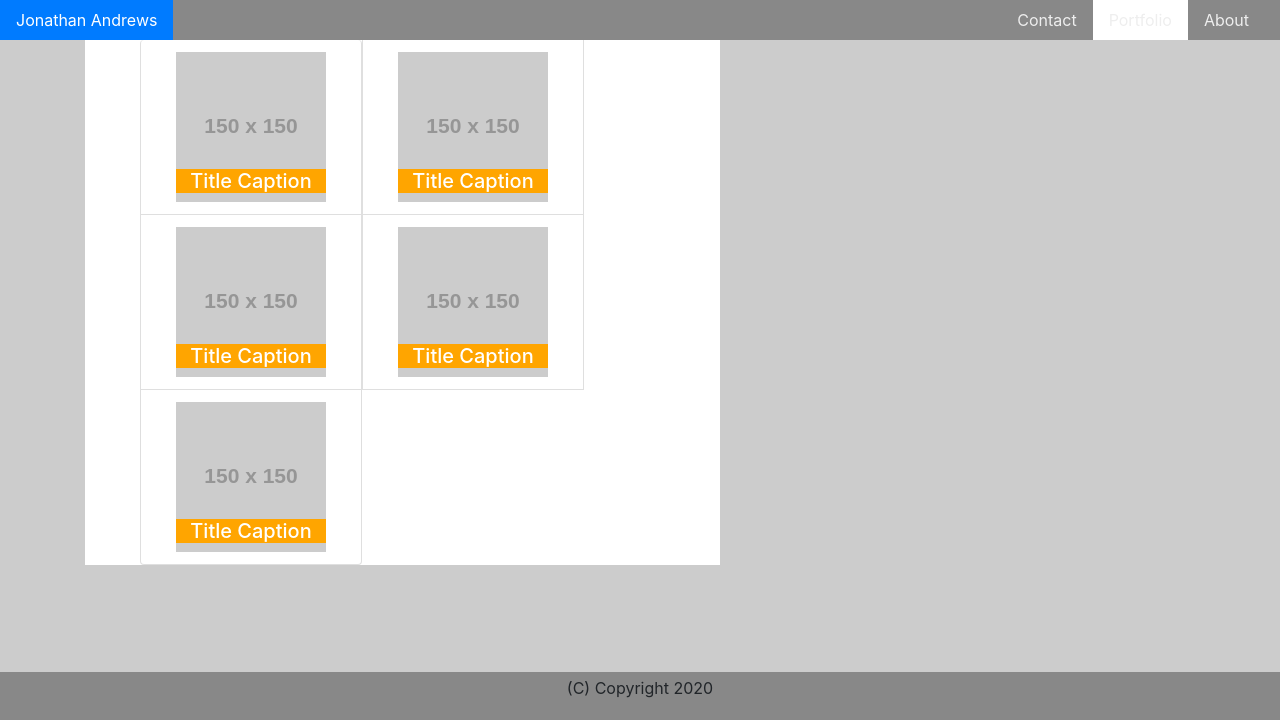
Repository: ionathas78/ionathas78.github.io
Page: portfolio.html
These files come from the project's save history. The page is drawn as it stood at one moment and after the next save; the edit follows.
The browser window is 1280 px wide. The pictures show the whole page.

Above is the page before, as saved 2020-03-17 19:03:07.

### portfolio.html
<!DOCTYPE html>
<html lang="en">
<head>
    <meta charset="UTF-8">
    <meta name="viewport" content="width=device-width, initial-scale=1.0">
    <title>Jonathan Andrews</title>

    <link rel="stylesheet" href="https://stackpath.bootstrapcdn.com/bootstrap/4.4.1/css/bootstrap.min.css" integrity="sha384-Vkoo8x4CGsO3+Hhxv8T/Q5PaXtkKtu6ug5TOeNV6gBiFeWPGFN9MuhOf23Q9Ifjh" crossorigin="anonymous">
    <style type="text/CSS">.list-group-item, li:first-child {border-top: 0;}</style>
</head>
<body style="background-color: #ccc">
    <header>
        <ul class="nav col-sm-12 col-med-3 col-lg-3 float-left" style="background-color: #888;">
            <li class="nav-item bg-primary">
              <a class="nav-link active" href="#" style="color: white;">Jonathan Andrews</a>
            </li>
        </ul>
        <ul class="nav col-sm-12 col-med-9 col-lg-9 float-left" style="background-color: #888; flex-direction: row-reverse;">
            <li class="nav-item">
              <a class="nav-link" href="index.html" style="color: #eee;">About</a>
            </li>
            <li class="nav-item">
              <a class="nav-link active" href="portfolio.html" style="background-color: #fff; color: #eee;">Portfolio</a>
            </li>
            <li class="nav-item">
                <a class="nav-link" href="contact.html" style="color: #eee;">Contact</a>
            </li>
        </ul>
    </header>

    <div class="container">
        <div class="row" style="clear:both;">
            <div class="col-sm-9 col-md-8 col-lg-7">
                <div class="container clearfix" style="background-color: white;">
                    <!-- <ul class="list-group list-group-horizontal float-left"> -->
                    <ul style="align-content: center;">
                        <li class="list-group-item float-left">
                            <div class="container">
                                <a style="position: relative;" href="" target="_blank"><img src="https://via.placeholder.com/150" alt="Placeholder Item Image"/></a>
                                <h5 style="position: absolute; background-color: orange; color: white; bottom: 1vw; width: 150px; text-align: center;">Title Caption</h5>
                            </div>
                        </li>
                        <li class="list-group-item float-left">
                            <div class="container">
                                <a style="position: relative;" href="" target="_blank"><img src="https://via.placeholder.com/150" alt="Placeholder Item Image"/></a>
                                <h5 style="position: absolute; background-color: orange; color: white; bottom: 1vw; width: 150px; text-align: center;">Title Caption</h5>
                            </div>
                        </li>
                        <li class="list-group-item float-left">
                            <div class="container">
                                <a style="position: relative;" href="" target="_blank"><img src="https://via.placeholder.com/150" alt="Placeholder Item Image"/></a>
                                <h5 style="position: absolute; background-color: orange; color: white; bottom: 1vw; width: 150px; text-align: center;">Title Caption</h5>
                            </div>
                        </li>
                        <li class="list-group-item float-left">
                            <div class="container">
                                <a style="position: relative;" href="" target="_blank"><img src="https://via.placeholder.com/150" alt="Placeholder Item Image"/></a>
                                <h5 style="position: absolute; background-color: orange; color: white; bottom: 1vw; width: 150px; text-align: center;">Title Caption</h5>
                            </div>
                        </li>
                        <li class="list-group-item float-left">
                            <div class="container">
                                <a style="position: relative;" href="" target="_blank"><img src="https://via.placeholder.com/150" alt="Placeholder Item Image"/></a>
                                <h5 style="position: absolute; background-color: orange; color: white; bottom: 1vw; width: 150px; text-align: center;">Title Caption</h5>
                            </div>
                        </li>
                      </ul>
                </div>
            </div>
        </div>
    </div>

    <footer style="position: fixed; bottom: 0; background-color: #888; width: 100%;">
        <p style="line-height: 200%; text-align: center;">
            (C) Copyright 2020
        </p>
    </footer>
    <!-- JS Scripts -->

    <script src="https://code.jquery.com/jquery-3.4.1.slim.min.js" integrity="sha384-J6qa4849blE2+poT4WnyKhv5vZF5SrPo0iEjwBvKU7imGFAV0wwj1yYfoRSJoZ+n" crossorigin="anonymous"></script>
    <script src="https://cdn.jsdelivr.net/npm/popper.js@1.16.0/dist/umd/popper.min.js" integrity="sha384-Q6E9RHvbIyZFJoft+2mJbHaEWldlvI9IOYy5n3zV9zzTtmI3UksdQRVvoxMfooAo" crossorigin="anonymous"></script>
    <script src="https://stackpath.bootstrapcdn.com/bootstrap/4.4.1/js/bootstrap.min.js" integrity="sha384-wfSDF2E50Y2D1uUdj0O3uMBJnjuUD4Ih7YwaYd1iqfktj0Uod8GCExl3Og8ifwB6" crossorigin="anonymous"></script>
</body>
</html>

After the next save:
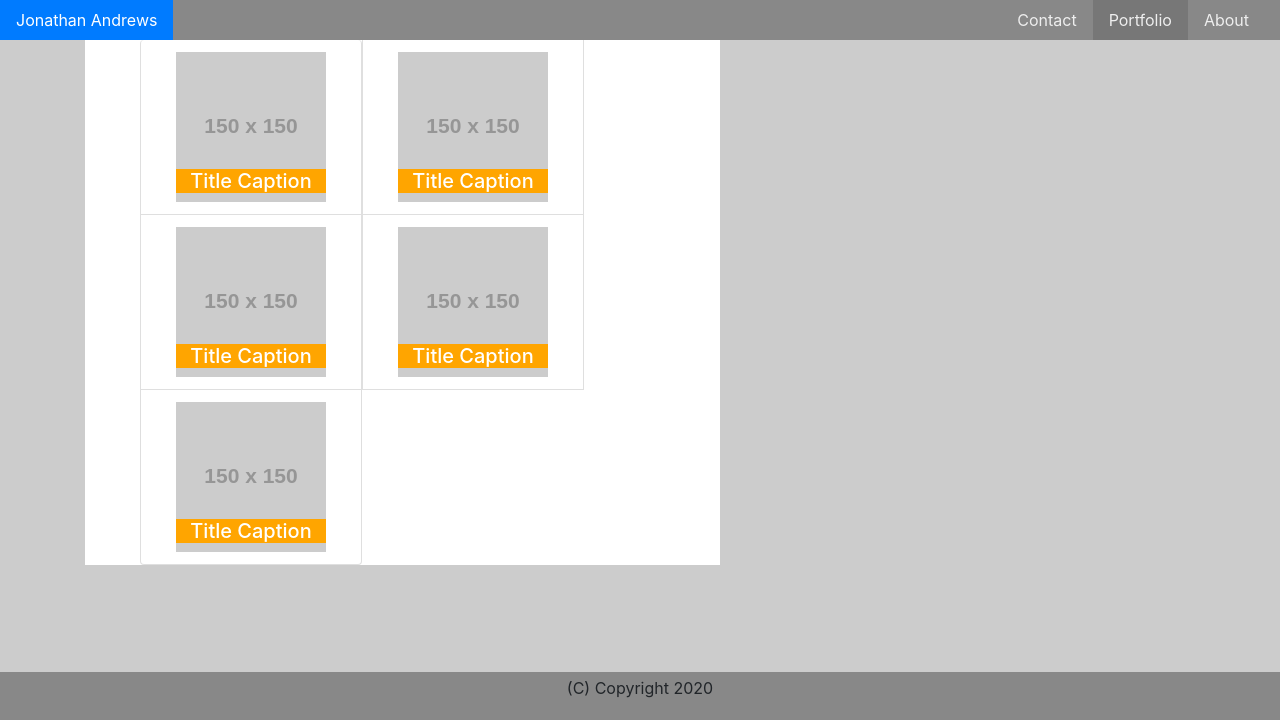
Saved 14 s later.
--- a/portfolio.html
+++ b/portfolio.html
@@ -20,7 +20,7 @@
               <a class="nav-link" href="index.html" style="color: #eee;">About</a>
             </li>
             <li class="nav-item">
-              <a class="nav-link active" href="portfolio.html" style="background-color: #fff; color: #eee;">Portfolio</a>
+              <a class="nav-link active" href="portfolio.html" style="background-color: #777; color: #eee;">Portfolio</a>
             </li>
             <li class="nav-item">
                 <a class="nav-link" href="contact.html" style="color: #eee;">Contact</a>
